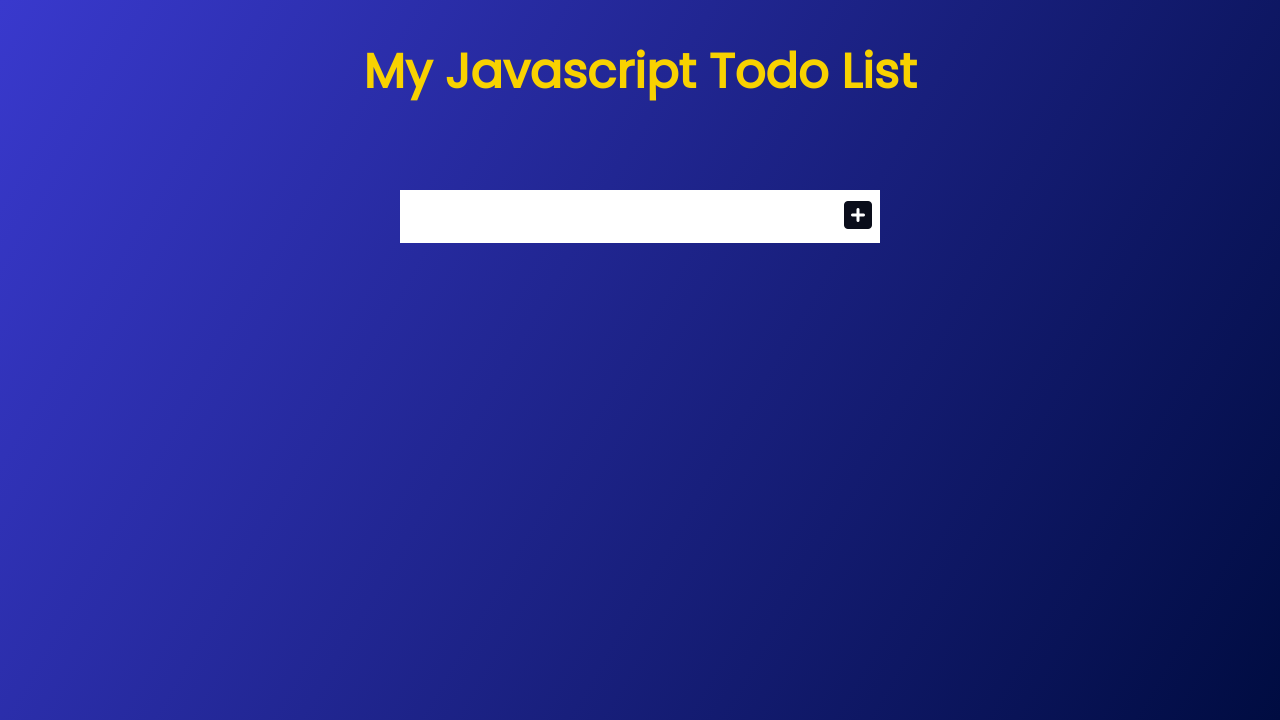
Repository: LuisMiLR/JavaScript-Todo-List
Page: index.html
An editor plug-in stored every save of this project. The page is shown before and after the next save, followed by the edit.
The browser window is 1280 px wide. The pictures show the whole page.

Above is the page before, as saved 2023-05-01 14:13:45.

After the next save:
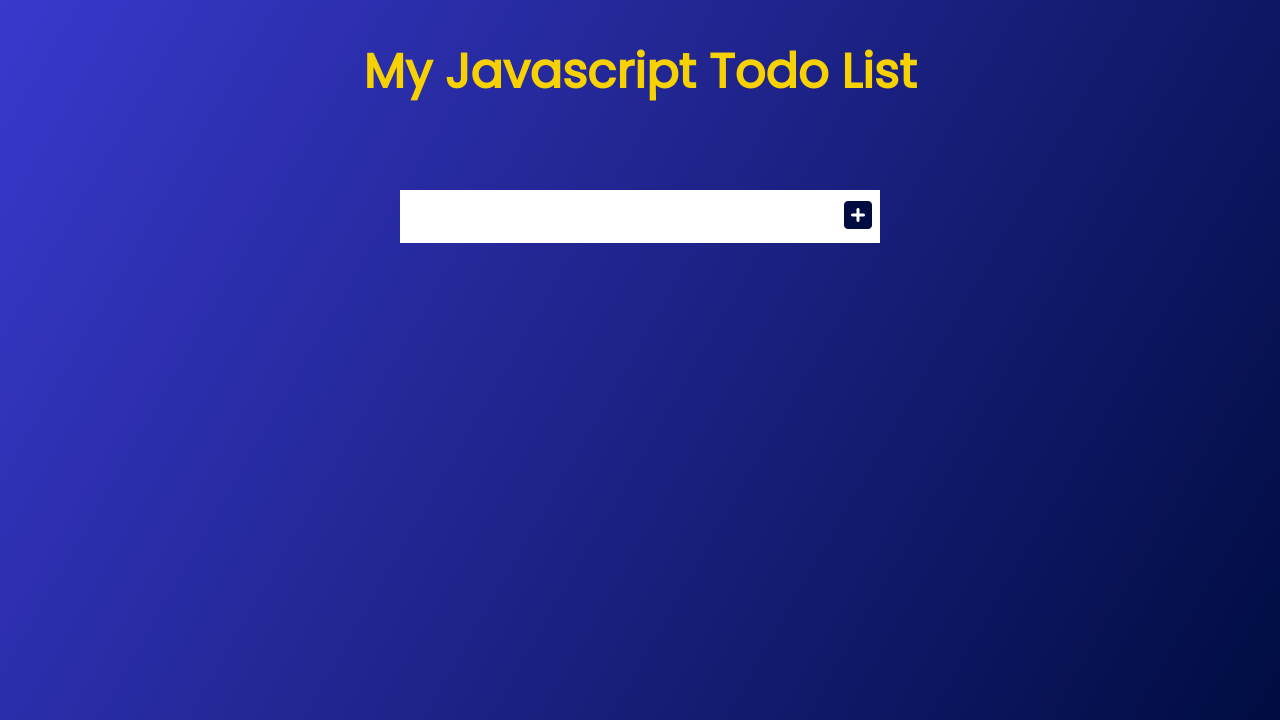
Saved 11 s later.
--- a/style.css
+++ b/style.css
@@ -28,7 +28,7 @@ form input, form button {
     background: white;
 }
 form button{
-    color: #0a0d1a;
+    color: #000c41;
     background: white;
     cursor: pointer;
     transition: all 0.3s ease;
